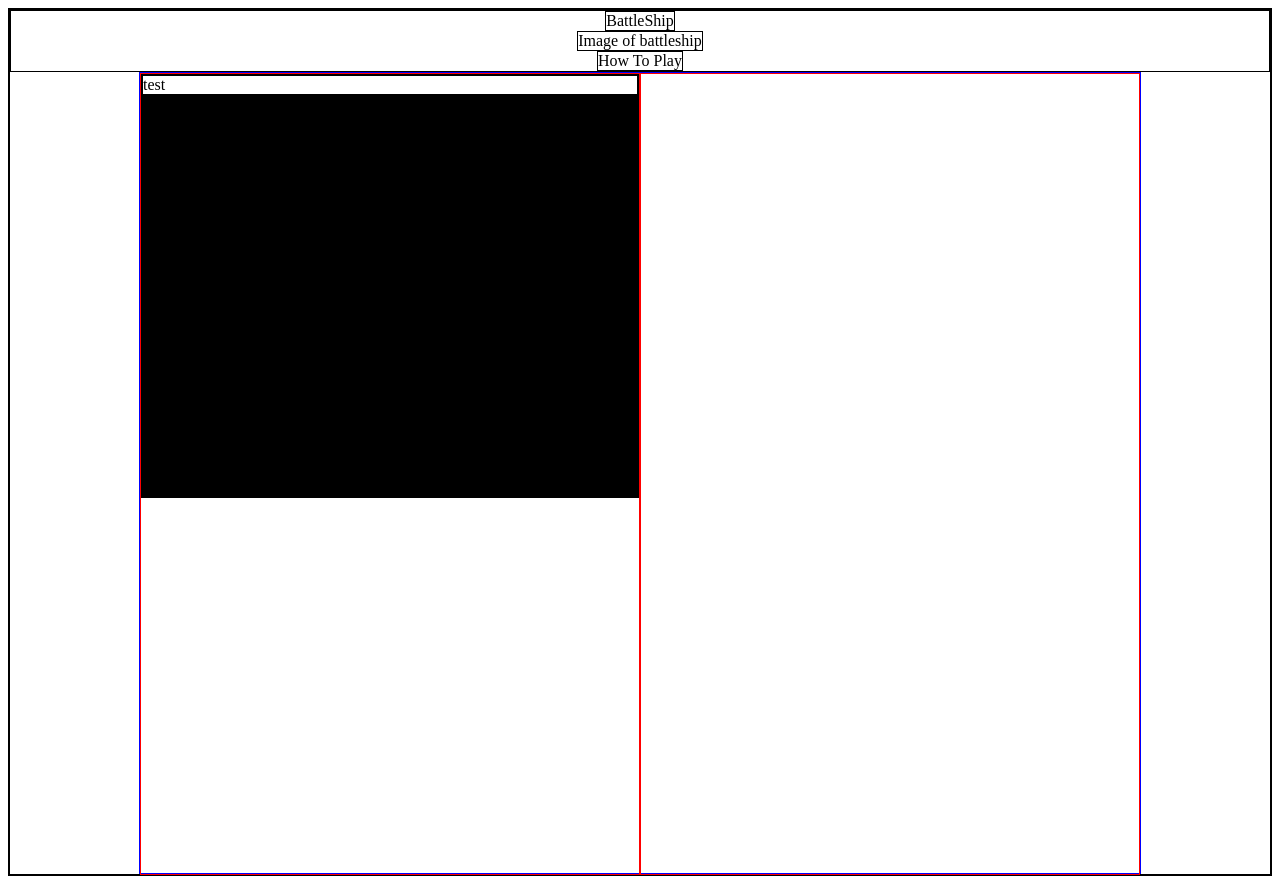
Repository: J-Haze/BattleshipApp
Page: /
These files come from the project's save history. The page is drawn as it stood at one moment and after the next save; the edit follows.
The browser window is 1280 px wide. The pictures show the whole page.
The project was rebuilt for these pictures with package versions that can differ from the ones it lists, and the page was loaded fresh each time. Also part of the build but not shown: src/index.css.

Above is the page before, as saved 2020-09-16 07:52:59.

After the next save:
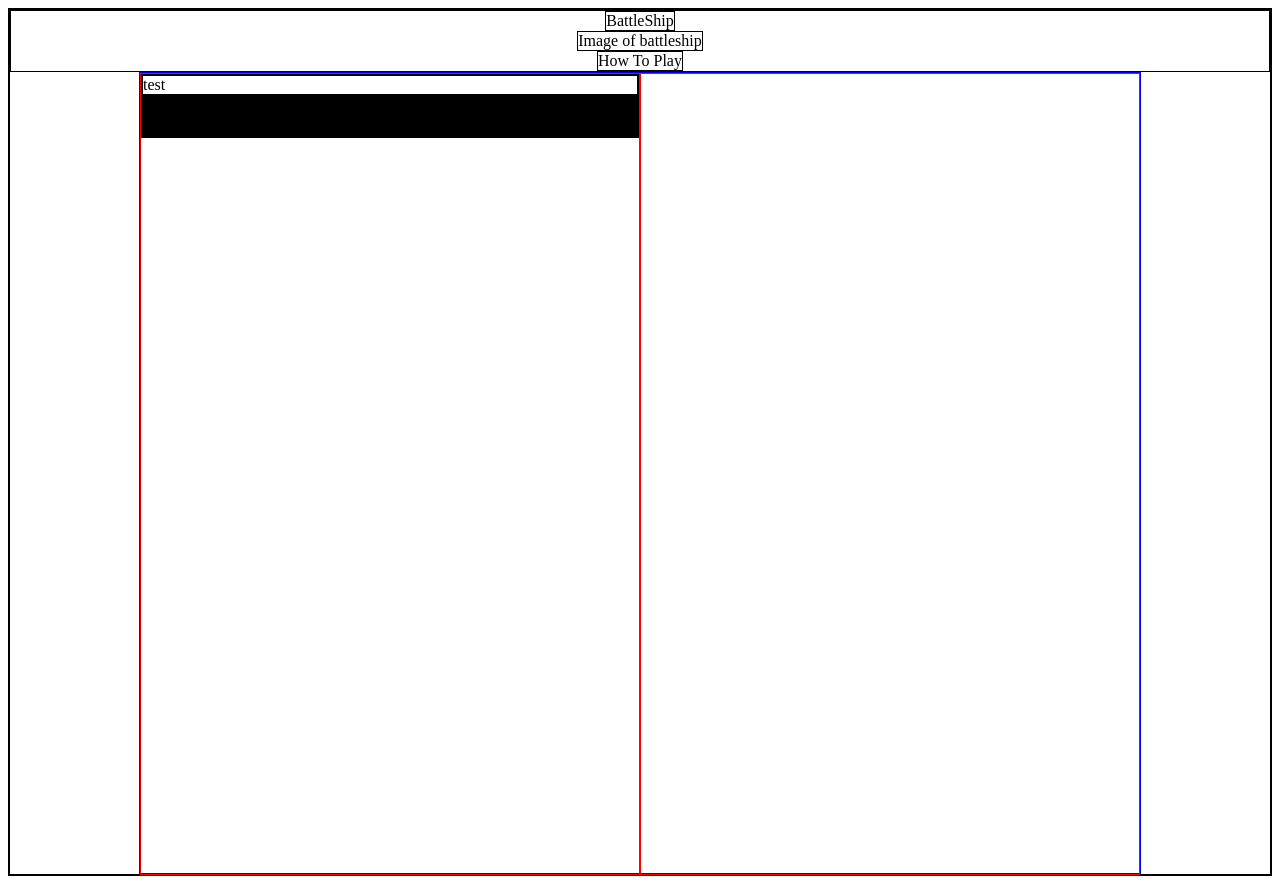
Saved 5 min 40 s later.
--- a/src/Components/Board.js
+++ b/src/Components/Board.js
@@ -29,7 +29,7 @@ function Board({ player }) {
             <div> test </div>
             <div className="board">
                 {/* {squareItems} */}
-                {squares.map((square) => {
+                {rows.map((square) => {
                     return (
                         <Square
                             key={square}
